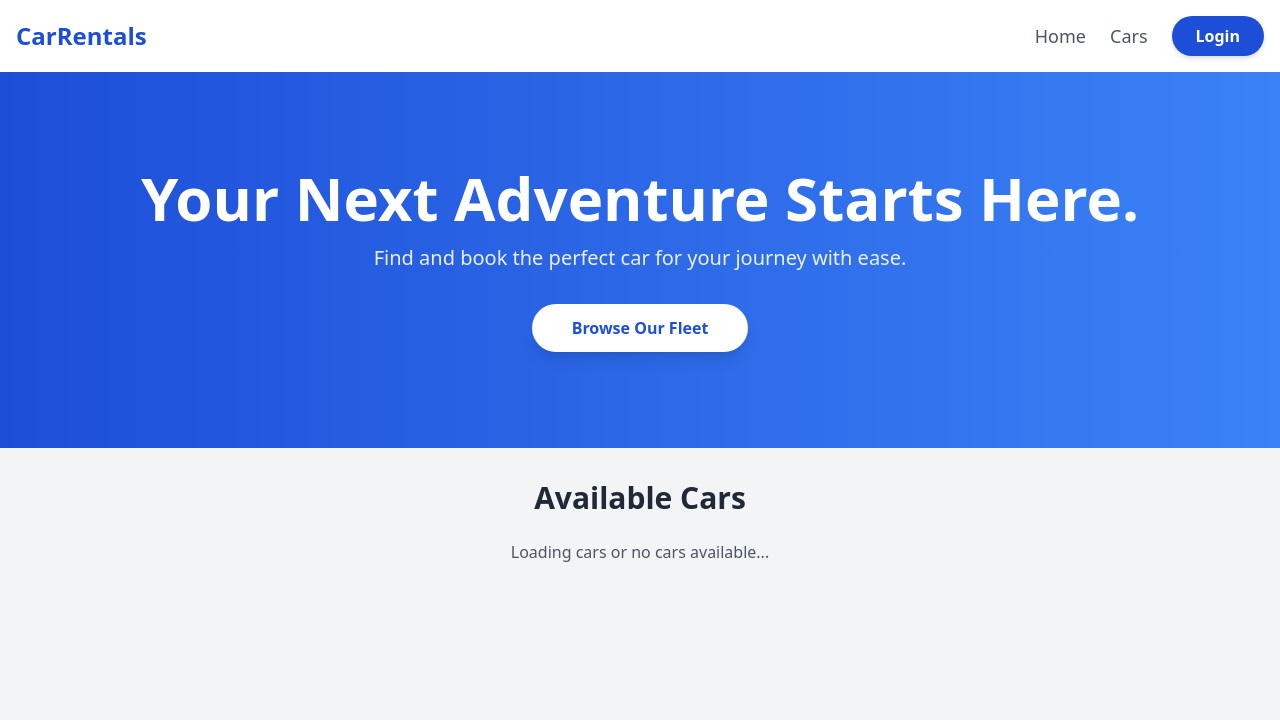
Repository: Daehy-peels/car-rental-app
Page: /admin (app in client/)
The author's editor kept a copy of each file at every save. The page is drawn from the files as they stood at one save, then again after the next save.
The browser window is 1280 px wide. The pictures show the whole page.
The page's requests for data from a server got no answer. The project was rebuilt for these pictures with package versions that can differ from the ones it lists, and the page was loaded fresh each time. No one was signed in, and anything a server would have sent is missing. Also part of the build but not shown: client/vite.config.js, client/src/components/CarCard.jsx.

Above is the page before, as saved 2025-08-20 20:23:16.

After the next save:
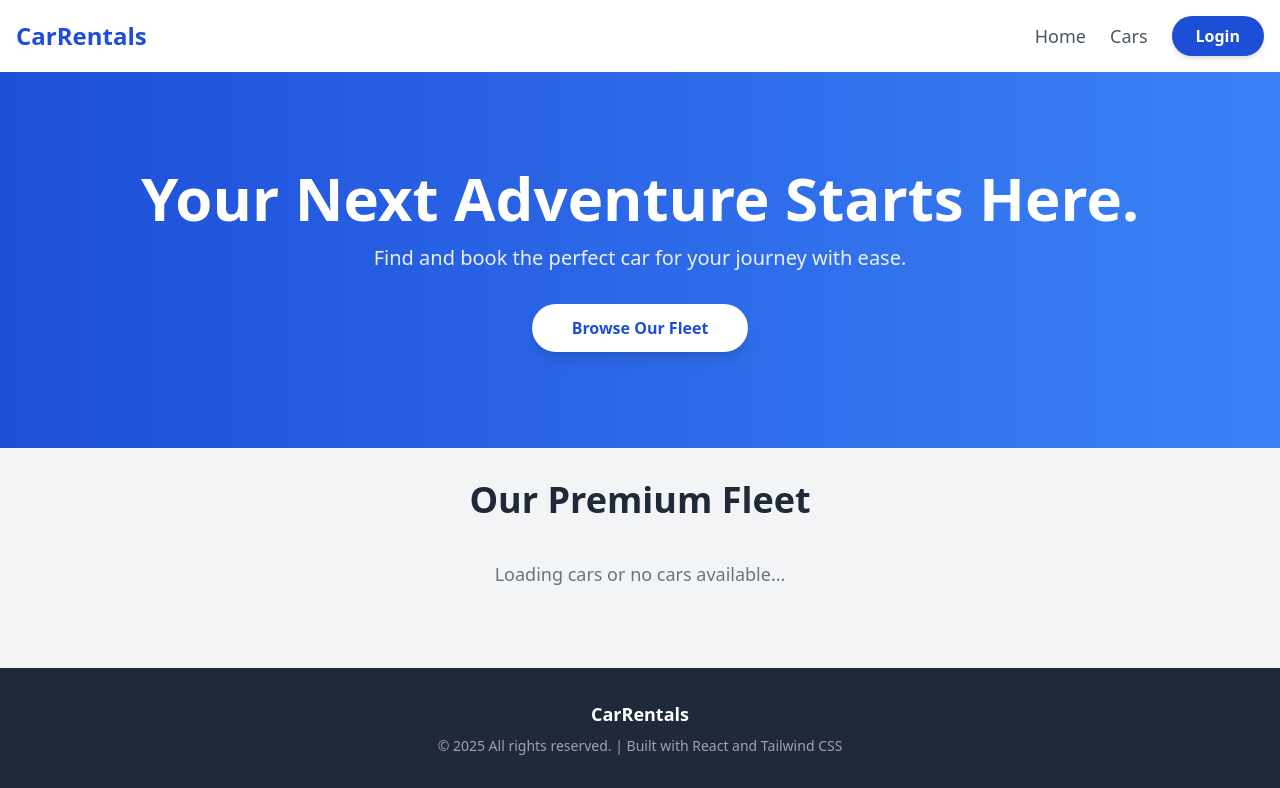
Saved 9 s later.
--- a/client/src/App.jsx
+++ b/client/src/App.jsx
@@ -3,6 +3,7 @@ import React, { useState, useEffect } from "react";
 import Navbar from "./components/Navbar";
 import Hero from "./components/Hero";
 import CarCard from "./components/CarCard";
+import Footer from "./components/Footer";
 import "./index.css";
 import { fetchCars } from "./services/api";
 
@@ -18,27 +19,27 @@ function App() {
   }, []);
 
   return (
-    <div className="bg-gray-100 min-h-screen">
+    <div className="bg-background min-h-screen font-sans antialiased">
       <Navbar />
       <Hero />
-
       <main className="container mx-auto p-8">
-        <h2 className="text-3xl font-bold text-gray-800 mb-6 text-center">
-          Available Cars
+        <h2 className="text-4xl font-bold text-text mb-10 text-center">
+          Our Premium Fleet
         </h2>
 
         {cars.length > 0 ? (
-          <div className="grid grid-cols-1 sm:grid-cols-2 lg:grid-cols-3 gap-8">
+          <div className="grid grid-cols-1 md:grid-cols-2 lg:grid-cols-3 gap-8">
             {cars.map((car) => (
               <CarCard key={car.car_id} car={car} />
             ))}
           </div>
         ) : (
-          <p className="text-center text-gray-600">
+          <p className="text-center text-lg text-gray-500">
             Loading cars or no cars available...
           </p>
         )}
       </main>
+      <Footer />
     </div>
   );
 }
